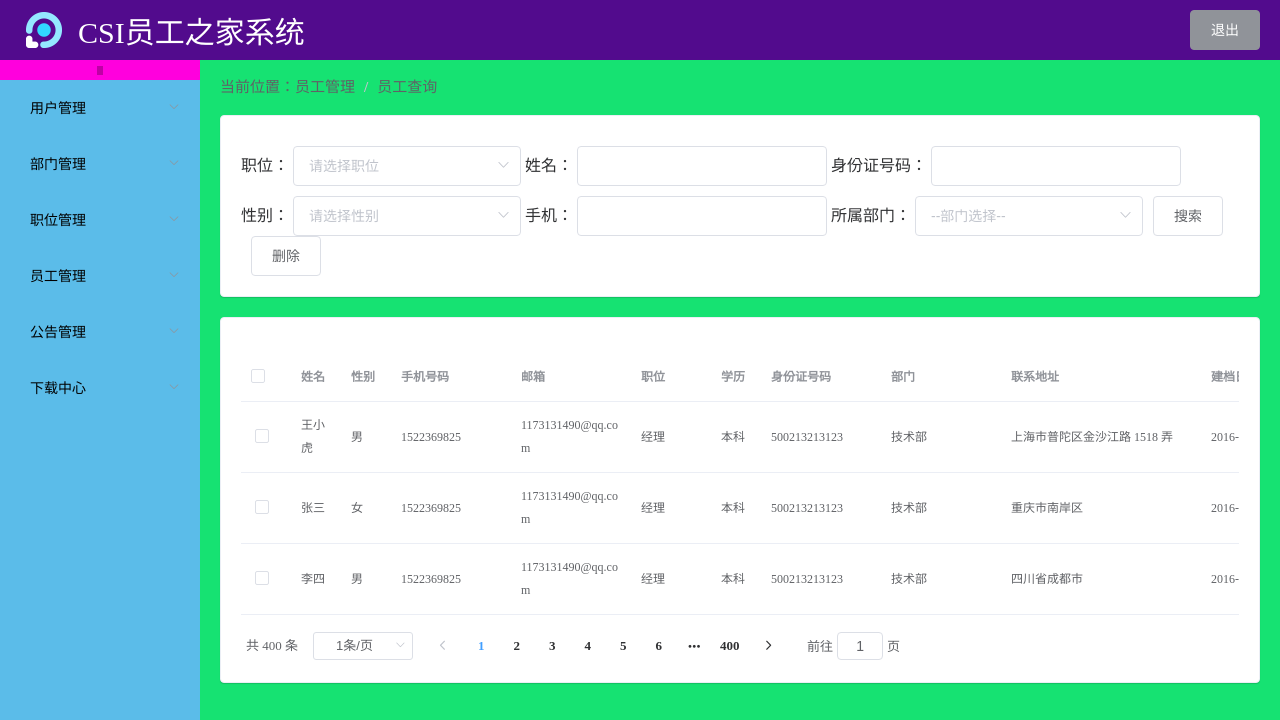
Repository: YUNjwyao/vue_hrm
Page: /#/employee
The author's editor kept a copy of each file at every save. The page is drawn from the files as they stood at one save, then again after the next save.
The browser window is 1280 px wide. The pictures show the whole page.
The project was rebuilt for these pictures with package versions that can differ from the ones it lists, and the page was loaded fresh each time. Also part of the build but not shown: src/components/Login.vue, src/components/Face/Face.vue, src/components/Employee/ShowAddEmployee.vue, src/components/Employee/ShowUpdateEmployee.vue, src/components/Notice/Notice.vue, src/components/Notice/ShowUpdateNotice.vue, src/components/Notice/ShowAddNotice.vue, src/components/Document/Document.vue and 2 more.

Above is the page before, as saved 2020-10-16 10:52:44.

### src/main.js
import Vue from 'vue'
import App from './App.vue'
import router from './router'
import store from './store'
import './plugins/element.js'
import './assets/css/global.css'

// import axios from 'axios'
// // 配置请求的根路径
// axios.defaults.baseURL = 'http://127.0.0.1:8888/api/private/v1/'
// // 通过axios 请求拦截器添加token,保证拥有获取数据的权限
// axios.interceptors.request.use (config => {
//   //为请求头对象，添加Token验证的Authorization字段
//   config.headers.Authorization = window.sessionStorage.getItem('token')
//   return config
// })
// Vue.prototype.$http = axios

Vue.config.productionTip = false

new Vue({
  router,
  store,
  render: h => h(App)
}).$mount('#app')

### src/App.vue
<template>
  <div id="app">
     <!-- 路由占位符 -->
     <router-view></router-view>
  </div>
</template>

<script>

export default {

}
</script>

<style lang="less" scoped>

</style>

### src/router/index.js
import Vue from "vue";
import VueRouter from "vue-router";
import Login from "../components/Login.vue"
import Face from "../components/Face/Face.vue"
import Home from "../components/Home.vue"

import EmployeeQuery from "../components/Employee/EmployeeQuery.vue";
import ShowAddEmployee from "../components/Employee/ShowAddEmployee.vue";
import ShowUpdateEmployee from "../components/Employee/ShowUpdateEmployee.vue";
import Notice from "../components/Notice/Notice.vue";
import UpdateNotice from "../components/Notice/ShowUpdateNotice.vue";
import AddNotice from "../components/Notice/ShowAddNotice.vue";
import Document from "../components/Document/Document.vue";
import UpdateDocument from "../components/Document/ShowUpdateDocument.vue";
import AddDocument from "../components/Document/ShowAddDocument.vue";

Vue.use(VueRouter);

const routes = [
  { path: "/", redirect: "/login" },
  {
    path: '/login',component: Login
  },
  {
    path: '/home',
    component: Home,
    children: [
  {
    path: '/face',component: Face
  },
  {
    path: "/employee",
    component: EmployeeQuery,
  },
  {
    path: "/addEmployee",
    component: ShowAddEmployee,
  },
  {
    path: "/updateEmployee",
    component: ShowUpdateEmployee,
  },
  {
    path: "/notice",
    component: Notice,
  },
  {
    path: "/updateNotice",
    component: UpdateNotice,
  },
  {
    path: "/addNotice",
    component: AddNotice,
  },
  {
    path: "/document",
    component: Document,
  },
  {
    path: "/updateDocument",
    component: UpdateDocument,
  },
  {
    path: "/addDocument",
    component: AddDocument,
  }]
  }
];

const router = new VueRouter({
  routes,
});

export default router;

### src/plugins/element.js
import Vue from 'vue'
import {
    Button,
    Breadcrumb,
    BreadcrumbItem,
    Card,
    Select,
    Option,
    Input,
    Row,
    Table,
    TableColumn,
    Pagination,
    Form,
    FormItem,
    Container,
    Header,
    Aside,
    Menu,
    Submenu,
    MenuItem,
    Main
} from 'element-ui'


Vue.use(Button)
Vue.use(Breadcrumb)
Vue.use(BreadcrumbItem)
Vue.use(Card)
Vue.use(Select)
Vue.use(Option)
Vue.use(Input)
Vue.use(Row)
Vue.use(Table)
Vue.use(TableColumn)
Vue.use(Pagination)
Vue.use(Form)
Vue.use(FormItem)
Vue.use(Container)
Vue.use(Header)
Vue.use(Aside)
Vue.use(Menu)
Vue.use(Submenu)
Vue.use(MenuItem)
Vue.use(Main)

### src/assets/css/global.css
/* 全局样式表 */
html,
body,
#app {
    height: 100%;
    margin: 0;
    padding: 0;
}
.el-breadcrumb {
    margin-bottom: 15px;
    font-size: 15px;
}
.el-card {
    box-shadow: 0 1px 1px rgba(0, 0, 0, 0.15) !important;
}
.el-table {
    margin-bottom: 15px;
    font-size: 12px;
    margin-top: 15px;
}
.el-steps {
    margin: 15px 0;
}
.el-step__title {
    font-size: 13px;
}
.el-cascader-panel {
    height: 200px
}
.ql-editor {
    min-height: 300px;
 }

### src/components/Home.vue
<template>
 <!-- 整个页面区域 -->
  <el-container>
      <!-- 页面标题 -->
  <el-header>
      <div>
          <img src="../assets/images/icon.png" alt="">
          <span>CSI员工之家系统</span>
      </div>
      <el-button type="info" @click="logout">退出</el-button>
  </el-header>
  <!-- 页面主体部分 -->
  <el-container>
    <el-aside :width="isCollapse? '64px' : '200px'">
        <div class="collapse" @click="toggleCollapse">|||</div>
        <!-- 侧边栏菜单区域 -->
       <el-menu
      background-color="rgb(91, 188, 233)"
      text-color="#000"
      active-text-color="#409bff"
      :unique-opened="true"
      :collapse="isCollapse"
      :collapse-transition="false"
      router
      :default-active="activePath">
      <!-- 一级菜单 -->
      <el-submenu :index="item.id+''" v-for="item in menulist" :key="item.id">
          <!-- 一级菜单模板区域 -->
        <template slot="title">
            <!-- 图标 -->
          <i :class="iconsObj[item.id]"></i>
             <!-- 文本 -->
          <span>{{ item.authName }}</span>
        </template>
        <!-- 二级菜单 -->
        <el-menu-item
        :index="'/'+subItem.path"
        v-for="subItem in item.children"
        :key='subItem.id'
        @click="savNavState('/'+subItem.path)">
            <template slot="title">
            <!-- 图标 -->
          <i class="el-icon-menu"></i>
             <!-- 文本 -->
          <span>{{ subItem.authName }}</span>
        </template>
        </el-menu-item>
      </el-submenu>
    </el-menu>
    </el-aside>
    <el-main>
        <router-view></router-view>
    </el-main>
  </el-container>
</el-container>

</template>

<script>
export default {
    data () {
        return {
            // 左侧菜单数据
            menulist: [
                {
            "id": 101,
            "authName": "用户管理",
            "path": '/home',
            "children": [
                {
                    "id": 104,
                    "authName": "用户查询",
                    "path": '',
                    "children": []
                },
                {
                    "id": 104,
                    "authName": "添加用户",
                    "path": '',
                    "children": []
                }
            ]
        },
         {
            "id": 101,
            "authName": "部门管理",
            "path": null,
            "children": [
                {
                    "id": 104,
                    "authName": "部门查询",
                    "path": null,
                    "children": []
                },
                {
                    "id": 104,
                    "authName": "添加部门",
                    "path": null,
                    "children": []
                }
            ]
        },
         {
            "id": 101,
            "authName": "职位管理",
            "path": null,
            "children": [
                {
                    "id": 104,
                    "authName": "职位查询",
                    "path": null,
                    "children": []
                },
                {
                    "id": 104,
                    "authName": "添加职位",
                    "path": null,
                    "children": []
                }
            ]
         },
          {
            "id": 101,
            "authName": "员工管理",
            "path": '/home',
            "children": [
                {
                    "id": 104,
                    "authName": "员工查询",
                    "path": 'employee',
                    "children": []
                },
                {
                    "id": 104,
                    "authName": "添加员工",
                    "path": 'addEmployee',
                    "children": []
                }
            ]
        },
         {
            "id": 101,
            "authName": "公告管理",
            "path": '/home',
            "children": [
                {
                    "id": 104,
                    "authName": "公告查询",
                    "path": 'notice',
                    "children": []
                },
                {
                    "id": 104,
                    "authName": "添加公告",
                    "path": 'addNotice',
                    "children": []
                }
            ]
        },
         {
            "id": 101,
            "authName": "下载中心",
            "path": '/home',
            "children": [
                {
                    "id": 104,
                    "authName": "文档查询",
                    "path": 'document',
                    "children": []
                },
                {
                    "id": 104,
                    "authName": "上传文档",
                    "path": 'addDocument',
                    "children": []
                }
            ]
        }
            ],
            // 自定义字体图标
            iconsObj: {
                '125': 'iconfont icon-user',
                '103': 'iconfont icon-tijikongjian',
                '101': 'iconfont icon-shangpin',
                '102': 'iconfont icon-danju',
                '145': 'iconfont baobiao'
            },
            // 是否折叠
            isCollapse: false,
            // 被激活的链接
            activePath: ''
        }
    },
    created () {
       this.getMenuList();
       this.activePath = window.sessionStorage.getItem('activePath');
    },
    methods: {
        // 自定义方法
        logout () {
            // 清空token
            window.sessionStorage.clear();
            // 编程式导航重定向
            this.$router.push('/login');
        },
       // 点击按钮折叠菜单栏
       toggleCollapse () {
         this.isCollapse = ! this.isCollapse;
       },
       //保存导航链接的激活状态
       savNavState (activePath) {
          window.sessionStorage.setItem('activePath',activePath);
          this.activePath = activePath;
       }
    }
}
</script>

<style lang="less" scoped>
.el-container {
    height: 100%;
}
.el-header {
    background-color: rgb(82, 11, 141);
    display: flex;
    justify-content: space-between;
    align-items: center;
    > div {
        display: flex;
        align-items: center;
        color: #fff;
        font-size: 30px;
        span {
            padding-left: 10px;
        }
    }
}
.el-aside {
    background-color: rgb(91, 188, 233);
    .el-menu {
        border-right: 0;
    }
}
.el-main {
    background-color: rgb(22, 226, 114);
}
.iconfont {
    margin-right: 10px;
}
.collapse {
    height: 20px;
    background-color: rgb(255, 0, 221);
    text-align: center;
    line-height: 20px;
    font-size: 10px;
}
</style>

### src/components/Employee/EmployeeQuery.vue
<template>
  <div class="employee">
    <!-- 面包屑导航 -->
    <el-breadcrumb separator="/">
      <el-breadcrumb-item>当前位置：员工管理</el-breadcrumb-item>
      <el-breadcrumb-item><a href="/">员工查询</a></el-breadcrumb-item>
    </el-breadcrumb>
    <!-- 查询输入框 -->
    <el-card>
      <el-row>
        职位：
        <el-select v-model="value" placeholder="请选择职位">
          <el-option
            v-for="item in options"
            :key="item.value"
            :label="item.label"
            :value="item.value"
          >
          </el-option>
        </el-select>
        姓名：
        <el-input v-model="input"></el-input>
        身份证号码：
        <el-input v-model="input"></el-input>
      </el-row>
      <el-row>
        性别：
        <el-select v-model="value" placeholder="请选择性别">
          <el-option
            v-for="item in optionsSex"
            :key="item.value"
            :label="item.label"
            :value="item.value"
          >
          </el-option>
        </el-select>
        手机：
        <el-input v-model="input"></el-input>
        所属部门：
        <el-select v-model="value" placeholder="--部门选择--">
          <el-option
            v-for="item in optionsDoor"
            :key="item.value"
            :label="item.label"
            :value="item.value"
          >
          </el-option>
        </el-select>
        <el-button>搜索</el-button>
        <el-button>删除</el-button>
      </el-row>
    </el-card>
    <!-- Table表格 -->
    <el-card>
      <el-table
        ref="multipleTable"
        :data="tableData"
        tooltip-effect="dark"
        style="width: 100%"
        @selection-change="handleSelectionChange"
      >
        <el-table-column type="selection" width="50"> </el-table-column>
        <el-table-column prop="name" label="姓名" width="50">
          <template slot-scope="scope">{{ scope.row.name }}</template>
        </el-table-column>
        <el-table-column prop="sex" label="性别" width="50"> </el-table-column>
        <el-table-column prop="phone" label="手机号码" width="120">
        </el-table-column>
        <el-table-column prop="email" label="邮箱" width="120">
        </el-table-column>
        <el-table-column prop="job" label="职位" width="80"> </el-table-column>
        <el-table-column prop="education" label="学历" width="50">
        </el-table-column>
        <el-table-column prop="IdNumber" label="身份证号码" width="120">
        </el-table-column>
        <el-table-column prop="door" label="部门" width="120">
        </el-table-column>
        <el-table-column prop="address" label="联系地址" width="200">
        </el-table-column>
        <el-table-column prop="date" label="建档日期" width="120">
        </el-table-column>
        <el-table-column label="操作" width="50"> </el-table-column>
      </el-table>
      <!-- 分页 -->
      <el-pagination
        @size-change="handleSizeChange"
        @current-change="handleCurrentChange"
        :current-page="currentPage4"
        :page-sizes="[1, 2, 3, 4]"
        :page-size="100"
        layout="total, sizes, prev, pager, next, jumper"
        :total="400"
      >
      </el-pagination>
    </el-card>
  </div>
</template>

<script>
export default {
  data() {
    return {
      options: [
        {
          value: "选项1",
          label: "经理",
        },
        {
          value: "选项2",
          label: "职员",
        },
      ],
      optionsSex: [
        {
          value: "选项1",
          label: "男",
        },
        {
          value: "选项2",
          label: "女",
        },
      ],
      optionsDoor: [
        {
          value: "选项1",
          label: "技术部",
        },
        {
          value: "选项2",
          label: "运营部",
        },
      ],
      tableData: [
        {
          name: "王小虎",
          sex: "男",
          phone: "1522369825",
          email: "1173131490@qq.com",
          job: "经理",
          education: "本科",
          IdNumber: "500213213123",
          door: "技术部",
          address: "上海市普陀区金沙江路 1518 弄",
          date: "2016-12-03",
        },
        {
          name: "张三",
          sex: "女",
          phone: "1522369825",
          email: "1173131490@qq.com",
          job: "经理",
          education: "本科",
          IdNumber: "500213213123",
          door: "技术部",
          address: "重庆市南岸区",
          date: "2016-12-03",
        },
       {
          name: "李四",
          sex: "男",
          phone: "1522369825",
          email: "1173131490@qq.com",
          job: "经理",
          education: "本科",
          IdNumber: "500213213123",
          door: "技术部",
          address: "四川省成都市",
          date: "2016-12-03",
        },
      ],
      multipleSelection: [],
      // 默认用户信息
      userInfo: {
        query: "",
        pagenum: 1,
        pagesize: 2
      }
    };
  },
  methods: {
    toggleSelection(rows) {
      if (rows) {
        rows.forEach((row) => {
          this.$refs.multipleTable.toggleRowSelection(row);
        });
      } else {
        this.$refs.multipleTable.clearSelection();
      }
    },
    handleSelectionChange(val) {
      this.multipleSelection = val;
    },
  },
};
</script>

<style lang="less" scoped>
.el-card {
  margin-top: 20px;
}
.el-input {
  width: 250px;
}
.el-row {
  margin-top: 10px;
}
.el-button {
  margin-left: 10px;
}
.el-pagination{
  margin: 0 auto;
}
</style>

Loaded but not shown: public/index.html (common file); src/store/index.js (common file)

After the next save:
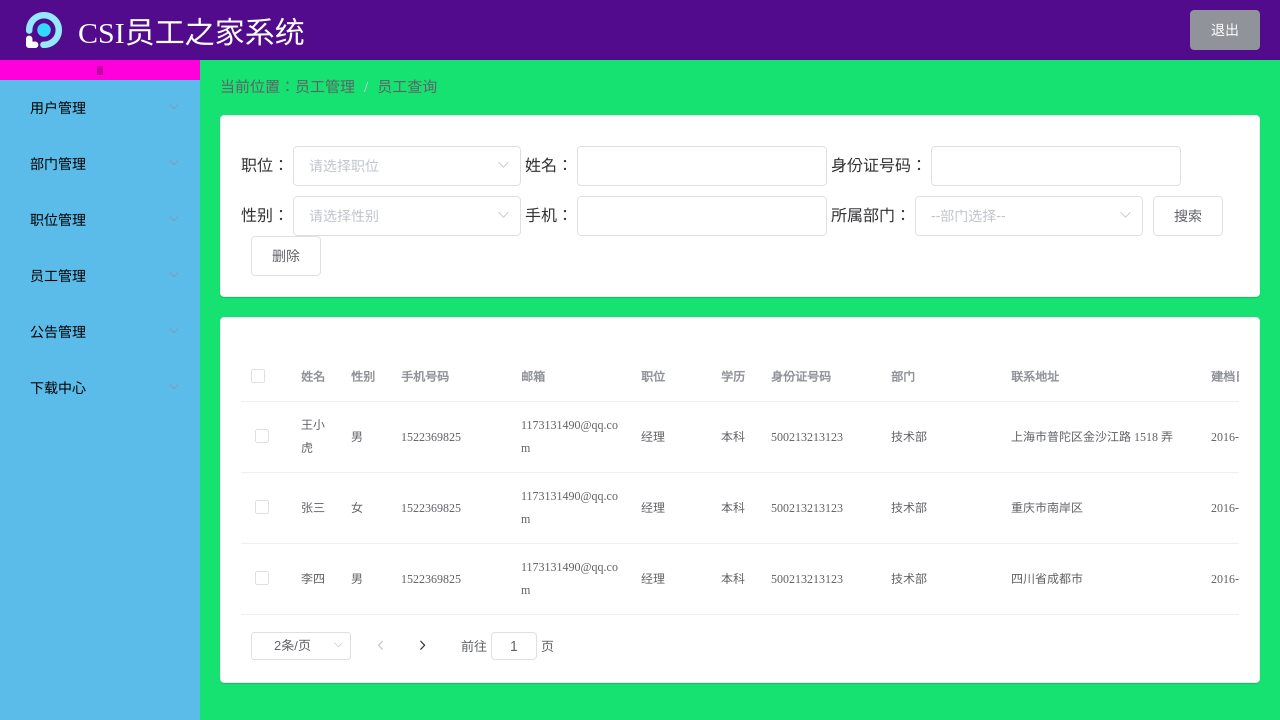
Saved 53 s later.
--- a/src/components/Employee/EmployeeQuery.vue
+++ b/src/components/Employee/EmployeeQuery.vue
@@ -82,14 +82,14 @@
         <el-table-column label="操作" width="50"> </el-table-column>
       </el-table>
       <!-- 分页 -->
-      <el-pagination
+       <el-pagination
         @size-change="handleSizeChange"
         @current-change="handleCurrentChange"
-        :current-page="currentPage4"
-        :page-sizes="[1, 2, 3, 4]"
-        :page-size="100"
+        :current-page="userInfo.pagenum"
+        :page-sizes="[1, 2, 5, 10]"
+        :page-size="userInfo.pagesize"
         layout="total, sizes, prev, pager, next, jumper"
-        :total="400"
+        :total="total"
       >
       </el-pagination>
     </el-card>
@@ -190,6 +190,7 @@ export default {
     handleSelectionChange(val) {
       this.multipleSelection = val;
     },
+
   },
 };
 </script>
